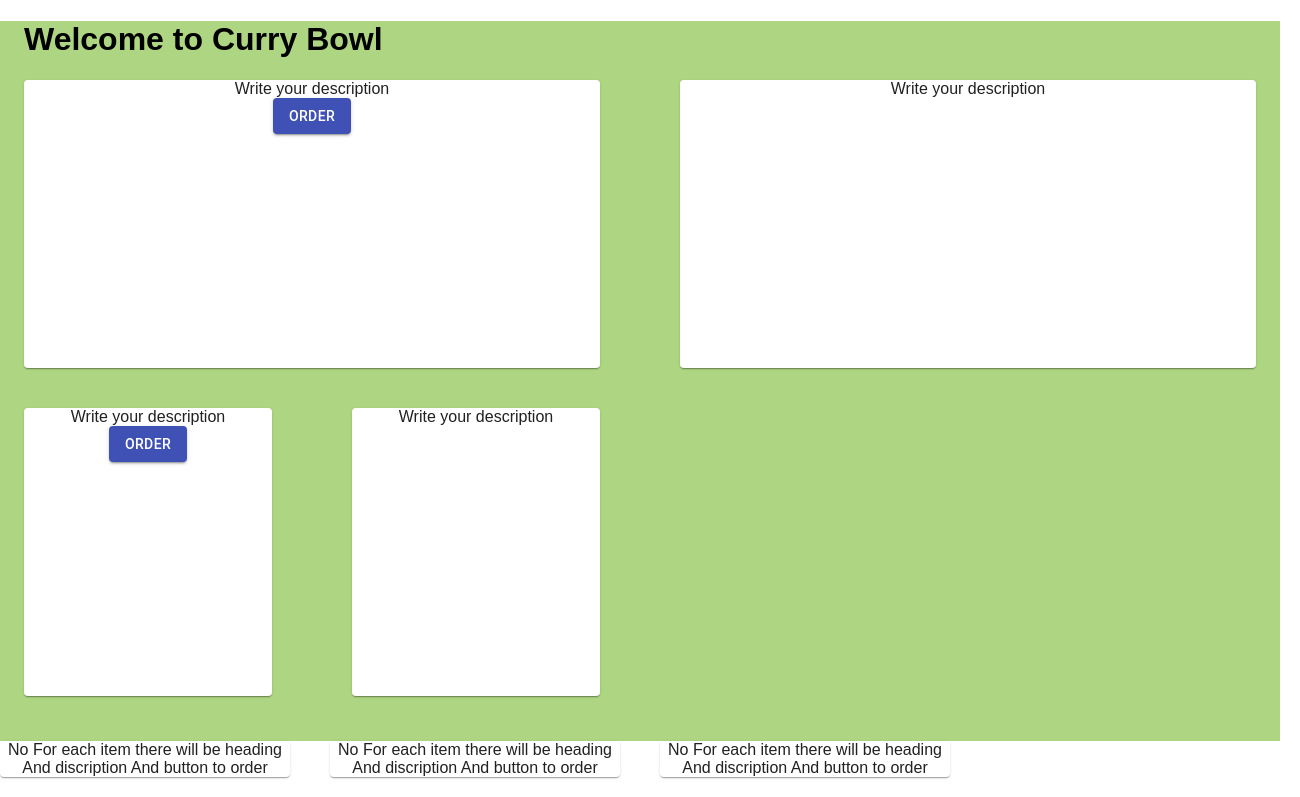
Repository: appikonda/food-order
Page: /, after clicking the first element matching `button.MuiButtonBase-root`
An editor plug-in stored every save of this project. The page is shown before and after the next save, followed by the edit.
The browser window is 1280 px wide. The page is 1300 px wide, so the pictures cover 1300 px, including what lies to the right of the window. The pictures show the whole page.
The project was rebuilt for these pictures with package versions that can differ from the ones it lists, and the page was loaded fresh each time. Also part of the build but not shown: webpack.config.js, src/App.css.

Above is the page before, as saved 2019-08-15 17:20:05.

After the next save:
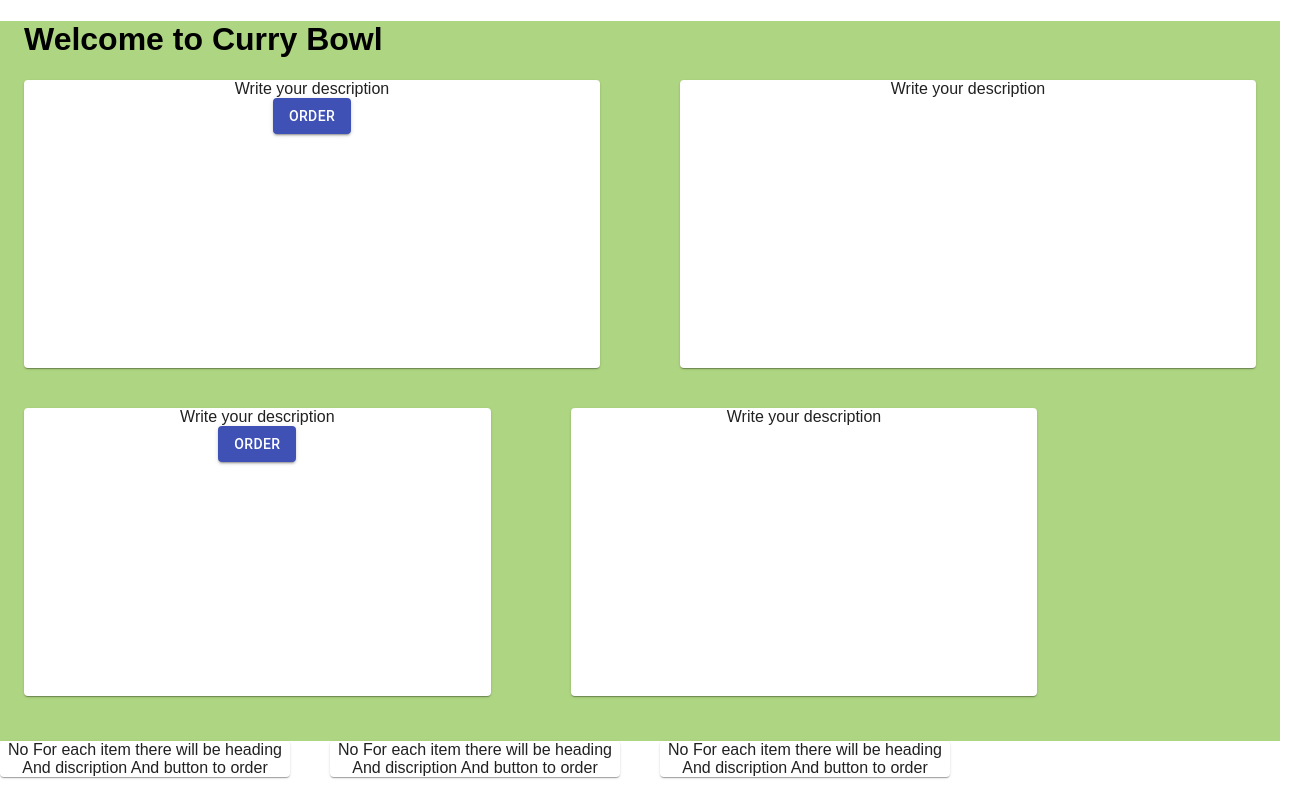
Saved 12 s later.
--- a/src/OrderFood.jsx
+++ b/src/OrderFood.jsx
@@ -47,7 +47,7 @@ class OrderFood extends Component {
   </Grid>
   <Grid container spacing={10}>
 
-        <Grid item xs={6} sm={3}  >
+        <Grid item xs={6} sm={5}  >
           <Paper style={{  textAlign: 'center',  color: '#212121', height: '40vh'  }}>
              Write your description
              <br/>
@@ -57,7 +57,7 @@ class OrderFood extends Component {
 
           </Paper>
         </Grid>
-        <Grid item xs={6} sm={3} >
+        <Grid item xs={6} sm={5} >
           <Paper style={{  textAlign: 'center',  color: '#212121', height: '40vh'  }}>
              Write your description
 
